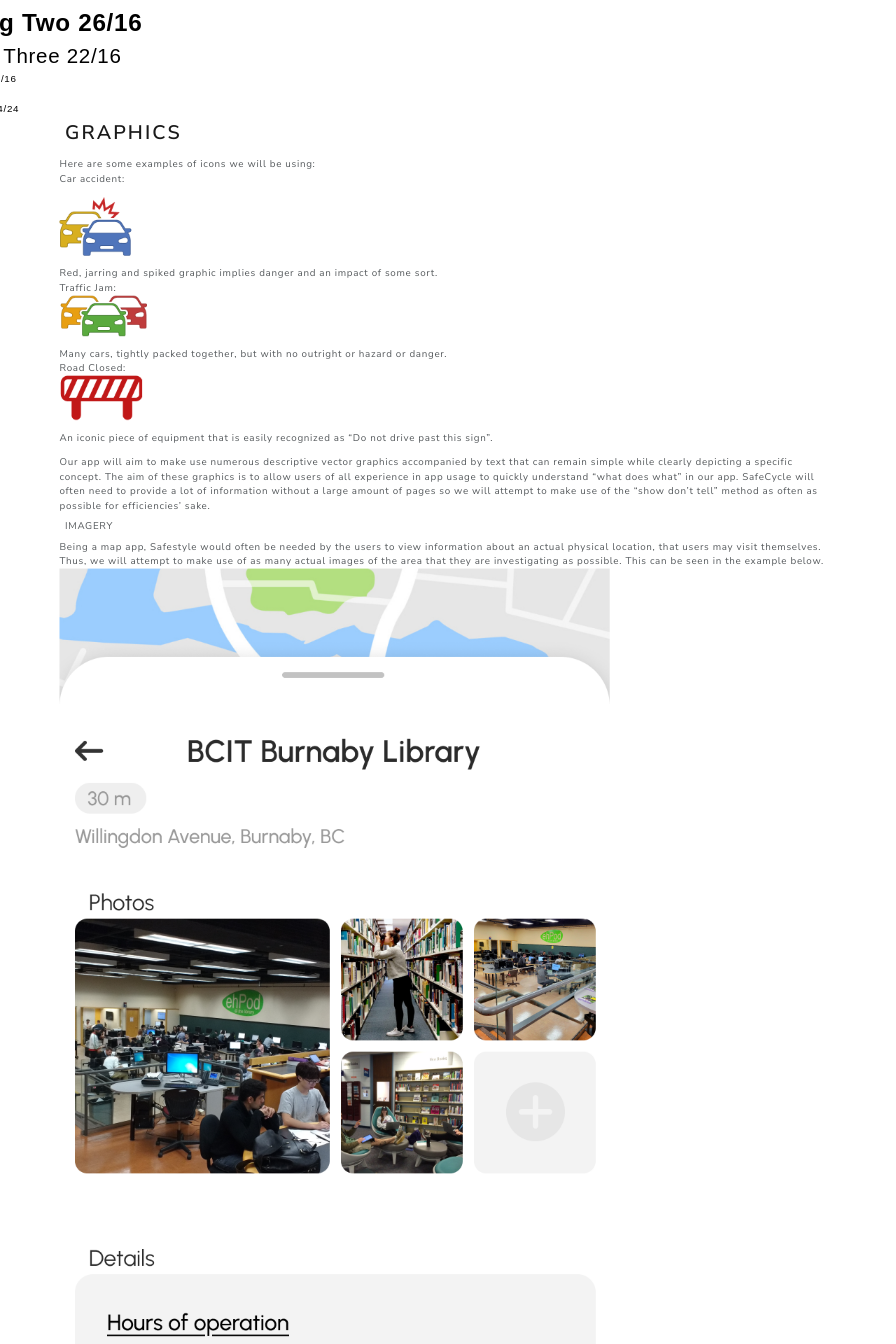
Repository: Aladdin3r/safecycle-styleguide
Page: /
The author's editor kept a copy of each file at every save. The page is drawn from the files as they stood at one save, then again after the next save.
The browser window is 1280 px wide. The pictures show the part of the page from y = 2795 to 4715 px (the page is 5441 px tall before and 5483 px after), at 70% of full size.
The project was rebuilt for these pictures with package versions that can differ from the ones it lists, and the page was loaded fresh each time. The framework's server and built-in components were replaced by stand-ins that run in the browser. Also part of the build but not shown: next.config.mjs.

Above is the page before, as saved 2024-04-09 22:22:45.

### pages/_app.js
import "@/styles/globals.css";
import "@/styles/bootstrap.min.css";
import { useEffect } from "react";


export default function App({ Component, pageProps }) {

  useEffect(() => {
    require("bootstrap/dist/js/bootstrap.bundle.min.js");
  }, []);
  return <Component {...pageProps} />;
}

### pages/index.js
import Head from "next/head";
import styles from "@/styles/Home.module.css"

export default function Home() {

  return (
    <>
      <Head>
        <title>SafeCycle Styleguide</title>
        <meta name="description"
        content=
        "Created by Rawan Aladdin, Nea Pieroelie, Andrew Turitsa."
       />
        <meta name="viewport" content="width=device-width, initial-scale=1" />
        <link rel="icon" href="/favicon1.svg" />
      </Head>
      <nav class="navbar navbar-expand-lg bg-light sticky-top" data-bs-theme="light">
        <div class="container-fluid">
          <a class="navbar-brand" href="#">SafeCycle</a>
          <button class="navbar-toggler" type="button" data-bs-toggle="collapse" data-bs-target="#navbarColor03" aria-controls="navbarColor03" aria-expanded="false" aria-label="Toggle navigation">
            <span class="navbar-toggler-icon"></span>
          </button>
          <div class="collapse navbar-collapse" id="navbarColor03">
            <ul class="navbar-nav me-auto">
              <li class="nav-item">
                <a class="nav-link active" href="#">Home</a>
              </li>
              <li class="nav-item">
                <a class="nav-link" href="#logo">Logo</a>
              </li>
              <li class="nav-item">
                <a class="nav-link" href="#colours">Colours</a>
              </li>
              <li class="nav-item">
                <a class="nav-link" href="#types">Typography, Imagery, Graphics</a>
              </li>
              <li class="nav-item">
                <a class="nav-link" href="#refs">References</a>
              </li>
            </ul>
          </div>
        </div>
      </nav>
      <main>
      <div class="jumbotron">
        <h1 class="display-3 mt-5 pt-5">SafeCycle</h1>
        <p class="display-4 pb-5">Styleguide</p>
        <hr class="my-5"/>
        <p class="mb-5">Rawan Aladdin, Nea Pieroelie, Andrew Turitsa</p>
        <p class="lead mb-5">
          <a class="btn btn-primary btn-lg my-5" href="#logo" role="button">Start the guide</a>
        </p>
      </div>
      <div id="logo" class="p-4">
        <h2 class="p-2 mt-3">Logo Design</h2>
        <p class="p-3">
          Logo font choice: DIN condensed bold
          colours: #F0983F orange #911C12 red #AD5C0A pale orange
        </p>
        <div class="container">
          <div class="card-group">
              <div class="row">
                <div className="col-sm-4">
                  <div class="bg-primary card text-white mb-3" className={styles.card}>
                    <div class="card-body">
                      <h4 class="card-title">Full-colour logo</h4>
                      <img class="card-img-top" src="/fullcolourlogo.svg" alt="full-colour logo"></img>
                      <p class="card-text">Some quick example text to build on the card title and make up the bulk of the card's content. blah blah blah</p>
                    </div>
                  </div>
                </div>

                <div className="col-sm-4">
                  <div class="bg-primary card text-white mb-3" className={styles.card}>
                  <div class="card-body">
                    <h4 class="card-title">Black and white Logo</h4>
                    <img class="card-img-top" src="/blackandwhitelogo.svg" alt="black and white logo"></img>
                    <p class="card-text">Some quick example text to build on the card title and make up the bulk of the card's content.</p>
                  </div>
                  </div>
                </div>

                <div className="col-sm-4">
                  <div class="bg-primary card text-white mb-3" className={styles.card}>
                  <div class="card-body">
                    <h4 class="card-title">Greyscale Logo</h4>
                    <img class="card-img-top" src="/greyscalelogo.svg" alt="greyscale logo"></img>
                    <p class="card-text">Some quick example text to build on the card title and make up the bulk of the card's content.</p>
                  </div>
                  </div>
                </div>

              </div>

              <div class="row">
                <div className="col-sm-4">
                  <div class="bg-primary card text-white mb-3" className={styles.card}>
                    <div class="card-body">
                      <h4 class="card-title">Monochromatic logo</h4>
                      <img class="card-img-top" src="/monochromatic.svg" alt="Monochromatic logo"></img>
                      <p class="card-text">Some quick example text to build on the card title and make up the bulk of the card's content. blah blah blah</p>
                    </div>
                  </div>
                </div>

                <div className="col-sm-4">
                  <div class="bg-primary card text-white mb-3" className={styles.card}>
                  <div class="card-body">
                    <h4 class="card-title">Horizontal version of full-colour Logo</h4>
                    <img class="card-img-top" src="/horizontalfullcolour.svg" alt="horizontal full colour logo"></img>
                    <p class="card-text">Some quick example text to build on the card title and make up the bulk of the card's content.</p>
                  </div>
                  </div>

              </div>

              <div className="col-sm-4">
                <div class="bg-primary card  text-white mb-3" className={styles.card}>
                <div class="card-body">
                  <h4 class="card-title">Stacked/vertical version of full-colour Logo</h4>
                  <img class="card-img-top" src="/verticalfullcolour.svg" alt="stacked/vertical colour logo"></img>
                  <p class="card-text">Some quick example text to build on the card title and make up the bulk of the card's content.</p>
                </div>
                </div>
              </div>
            </div>
            <div class="row">
                <div className="col-sm-4">
                  <div class="bg-primary card text-white mb-3" className={styles.card}>
                    <div class="card-body z-3">
                      <h4 class="card-title">16x16px Favicon</h4>
                      <img class="card-img-top" src="/favicon1.svg" alt="xs favicon"></img>
                      <p class="card-text">Some quick example text to build on the card title and make up the bulk of the card's content. blah blah blah</p>
                    </div>
                  </div>
                </div>

                <div className="col-sm-4">
                  <div class="bg-primary card  text-white mb-3" className={styles.card}>
                  <div class="card-body">
                    <h4 class="card-title">32x32px Favicon</h4>
                    <img class="card-img-top" src="/favicon2.svg" alt="small favicon"></img>
                    <p class="card-text">Some quick example text to build on the card title and make up the bulk of the card's content.</p>
                  </div>
                  </div>

              </div>

              <div className="col-sm-4">
                <div class="bg-primary card text-white mb-3" className={styles.card}>
                <div class="card-body">
                  <h4 class="card-title">48x48px Favicon</h4>
                  <img class="card-img-top" src="/favicon3.svg" alt="normal favicon"></img>
                  <p class="card-text">Some quick example text to build on the card title and make up the bulk of the card's content.</p>
                </div>
                </div>
              </div>
            </div>
          </div>
        </div>
      </div>
      <div id="colours" class="p-4">
        <h2 class="p-2">Colour Palette, Colour Accessibility</h2>
        <div class="container">

        </div>
      </div>
      <div id="types" class="p-4">
        <h2 class="p-2">Typography, Imagery, Graphics</h2>
        <div class="container">
        <p className={styles.typo_desc} class="p-3">
        The fonts used in SafeCycle will be a blend of Urbanist and Sarabun. They are both sans serif fonts that are not too fancy but also not too rigid and boring. We believe that these fonts have a charming blend of simple, practical functionality and the calming, welcoming feel of a guidance application.  The characters of the Urbanist font are slightly more block-like, so this font will be used primary for heading and standalone words or phrases. Sarabun's characters on the other hand have a more natural curves and shaped, so this more elegant font will be used for body text and paragraphs.
        </p>
        <div className={styles.h1Typo}>Heading One 40/24</div>
        <div className={styles.h2Typo}>Heading Two 26/16</div>
        <div className={styles.h3Typo}>Heading Three 22/16</div>
        <div className={styles.h4Typo}>Heading Four 20/16</div>
        <div className={styles.BodyTypo}>Body 14/24</div>
        <div className={styles.ButtonMetaTypo}>Button + Meta 14/24</div>
        <h2 class="p-2">GRAPHICS</h2>
        <div>Here are some examples of icons we will be using:</div>
        <div className={styles.graphicName}>Car accident:</div>
        <img className={styles.carCrash} src="/carCrash.png" alt="Car Accident"></img>
        <div className={styles.graphicDesc}>Red, jarring and spiked graphic implies danger and an impact of some sort.</div>
        <div className={styles.graphicName}>Traffic Jam:</div>
        <img class="traffic" src="/traffic.png" alt="Traffic"></img>
        <div className={styles.graphicDesc}>Many cars, tightly packed together, but with no outright or hazard or danger.</div>
        <div className={styles.graphicName}>Road Closed:</div>
        <img class="RoadClosed" src="/RoadClosed.png" alt="Raod Closed"></img>
        <div className={styles.graphicDesc}>An iconic piece of equipment that is easily recognized as “Do not drive past this sign”.</div>
        <div className={styles.graphicDesc}>Our app will aim to make use numerous descriptive vector graphics accompanied by text that can remain simple while clearly depicting a specific concept. The aim of these graphics is to allow users of all experience in app usage to quickly understand “what does what” in our app. SafeCycle will often need to provide a lot of information without a large amount of pages so we will attempt to make use of the “show don’t tell” method as often as possible for efficiencies’ sake.</div>
        <div  class="p-2">IMAGERY</div>
        <div>Being a map app, Safestyle would often be needed by the users to view information about an actual physical location, that users may visit themselves. Thus, we will attempt to make use of as many actual images of the area that they are investigating as possible. This can be seen in the example below.</div>
        <img class="locationPage" src="/locationPage.png" alt="Location Page"></img>


        </div>
        </div>
      <div id="refs" class="p-4">
        <h2 class="p-2">References</h2>
        <div class="container">

        </div>
      </div>
      </main>
    </>
  );
}

### styles/Home.module.css
.main {
  display: flex;
  flex-direction: column;
  justify-content: space-between;
  align-items: center;
  padding: 6rem;
  min-height: 100vh;
}
.card{
  max-width: 30em;
}

.typo_desc{
  margin-left: -14.5em;

}
.h1Typo {
  font-family: "Urbanist", sans-serif;
  font-style: bold;
  font-size: 40pt;
  font-weight: 900;
  color: black;
  margin-left: -4em;
}
.h2Typo {
  font-family: "Urbanist", sans-serif;
  font-style: bold;
  font-size: 26pt;
  font-weight: 600;
  color: black;
  margin-left: -6em;
}
.h3Typo {
  font-family: "Urbanist", sans-serif;
  font-style: bold;
  font-size: 22pt;
  font-weight: 500;
  color: black;
  margin-left: -7em;
}
.h4Typo {
  font-family: "Urbanist", sans-serif;
  font-style: bold;
  font-size: 20;
  font-weight: 500;
  color: black;
  margin-left: -14.5em;
}

.BodyTypo {
  font-family: "Sarabun", sans-serif;
  font-weight:500;
  font-style: normal;
  color: black;
  font-size: 18;
  margin-left: -14.5em;
}
.ButtonMetaTypo {
  font-family: "Sarabun", sans-serif;
  font-weight:500;
  font-style: normal;
  color: black;
  font-size: 18;
  margin-left: -14.5em;
}

.carCrash{
  margin-top: 1em;
}

.graphicDesc{
  margin-top: 1em;
}

Loaded but not shown: pages/_document.js (common file); styles/globals.css (common file); styles/bootstrap.min.css (library)

After the next save:
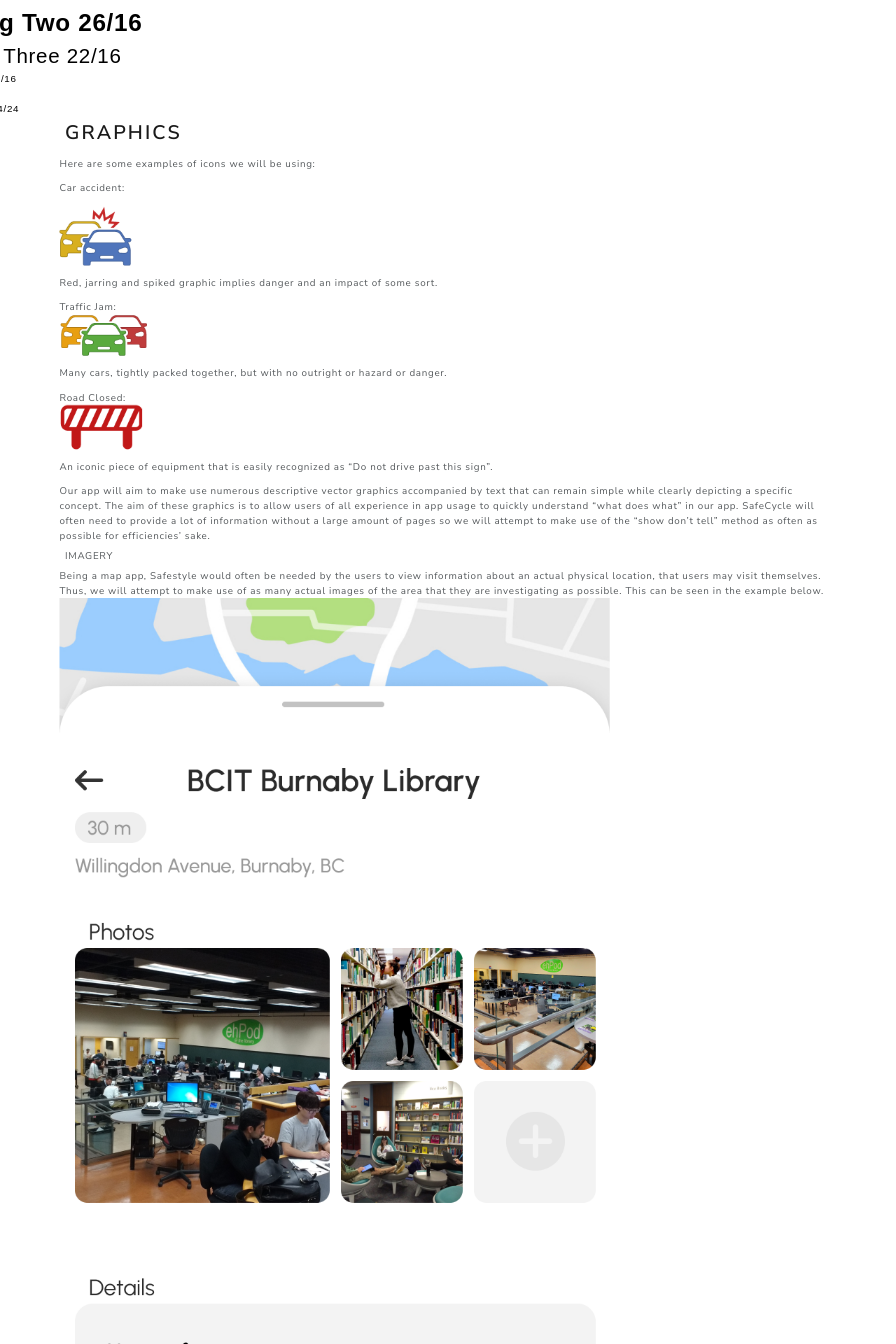
Saved 16 s later.
--- a/styles/Home.module.css
+++ b/styles/Home.module.css
@@ -71,3 +71,7 @@
 .graphicDesc{
   margin-top: 1em;
 }
+
+.graphicName{
+  margin-top: 1em;
+}
